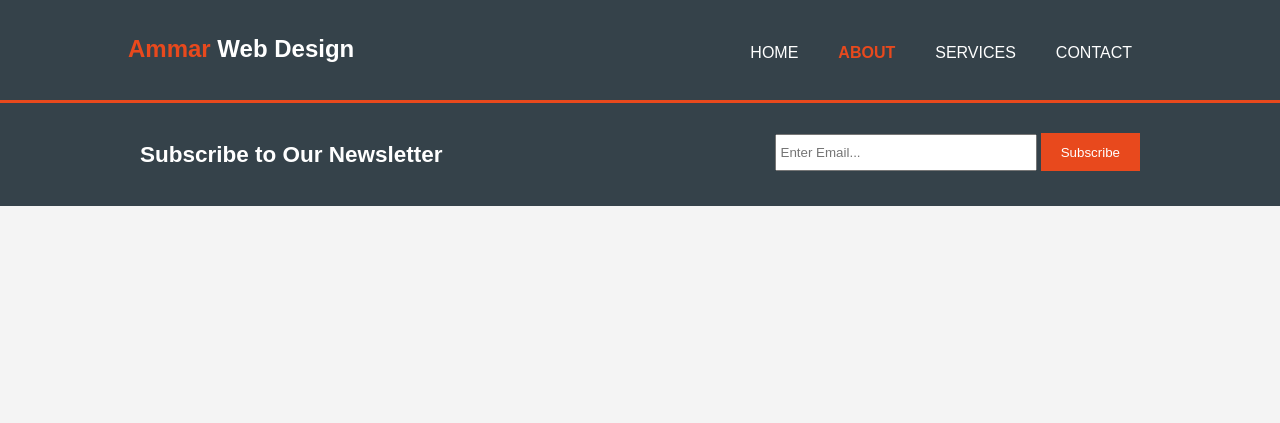
Repository: aobeid1979/html-website
Page: about.html
These files come from the project's save history. The page is drawn as it stood at one moment and after a run of saves; the edit follows.
The browser window is 1280 px wide. The pictures show the whole page.

Above is the page before, as saved 2024-05-03 18:54:31.

### about.html
<!DOCTYPE html>
<html lang="en">
<head>
    <meta charset="UTF-8">
    <meta name="viewport" content="width=device-width, initial-scale=1.0">
    <meta name="description" content="Responsive Website using HTML CSS and JavaScript">
    <meta name="keywords" content="HTML, CSS, JavaScript">
    <meta name="author" content="Ammar Obeid">
    <title>Resopnsiv Website | About</title>
    <link rel="stylesheet" href="./css/style.css">
</head>
<body>
    <header>
        <div class="container">
            <div id="brandinig">
                <h1><span class="highlight">Ammar</span> Web Design</h1>

            </div>
            <nav>
                <ul>
                    <li ><a href="index.html">Home</a></li>
                    <li class="current"><a href="about.html">About</a></li>
                    <li><a href="services.html">Services</a></li>
                    <li><a href="contact.html">Contact</a></li>
                </ul>
        </div>

    </header>



    <section id="newsletter">
        <div class="container">
            <h1>Subscribe to Our Newsletter</h1>
            <form>
                <input type="email" placeholder="Enter Email...">
                <button type="submit" class="button_1">Subscribe</button>
            </form>
        </div>
    </section>

    <section id="main">
        <div class="container">
            <article id="main-col">
                <h1 class="page-title
        </div>
    </section>

    <footer>
        <p>My Web Design &copy; 2024</p>
    </footer>

</body>
</html>

### css/style.css
body{
    font: 15px/1.6 Arial, Helvetica,sans-serif;
    padding: 0;
    margin: 0;
    background-color: #f4f4f4;
}

.container{
    width: 80%;
    margin: auto;
    overflow: hidden;
}

header{
    background: #35424a;
    color: #ffffff;
    padding-top: 30px;
    min-height: 70px;
    border-bottom: #e8491d 3px solid;
}

header h1{
    margin: 0;
    padding: 0;
    font-size: 24px;
    font-weight: bold;
}

header a{
    color: #ffffff;
    text-decoration: none;
    text-transform: uppercase;
    font-size: 16px;
}

header ul{
    margin: 0;
    padding: 0;
}

header li{
    float: left;
    display: inline;
    padding: 0 20px 0 20px;
}

header #brandinig{
    float: left;
}

header #brandinig h1{
    margin: 0;
}

header nav{
    float: right;
    margin-top: 10px;
}

header .highlight, header .current a {
    color: #e8491d;
    font-weight: bold;
}

header a:hover{
    color: #cccccc;
    font-weight: bold;
}

#showcase{
    background:url('../img/showcase.jpg') no-repeat center center;
    background-position: center -400;
    background-size: cover;
    min-height: 400px;
    text-align: center;
    color: #1b1a20;
}

#showcase h1{
    margin-top: 100px;
    font-size: 55px;
    margin-bottom: 10px;
    -webkit-text-stroke: 1px #e8491d;
}

#showcase p{
    font-size: 30px;
    -webkit-text-fill-color: blue;

}

#showcase p:hover{
    -webkit-text-stroke: 1px #e8491d;
}

#newsletter{
    padding: 15px;
    color: #ffffff;
    background: #35424a;
    text-align: center;
}

#newsletter h1{
    float: left;
}

#newsletter form{
    float: right;
    margin-top: 15px;
}

#newsletter input[type="email"]{
    padding: 4px;
    height: 25px;
    width: 250px;
}

#newsletter button{
    height: 38px;
    background: #e8491d;
    color: #ffffff;
    border: none;
    padding: 0 20px 0 20px;
}

#newsletter button:hover{
    background: #cccccc;
    color: #1b1a20;
}

#boxes{
    margin-top: 20px;
}

#boxes .box{
    float: left;
    text-align: center;
    width: 30%;
    padding: 10px;
}


#boxes .box img{
    width: 90px;
}

footer{
    background-color: #e8431d;
    color: #ffffff;
    text-align: center;
    padding: 20px;
    margin-top: 20px;
}

After the next 2 saves:
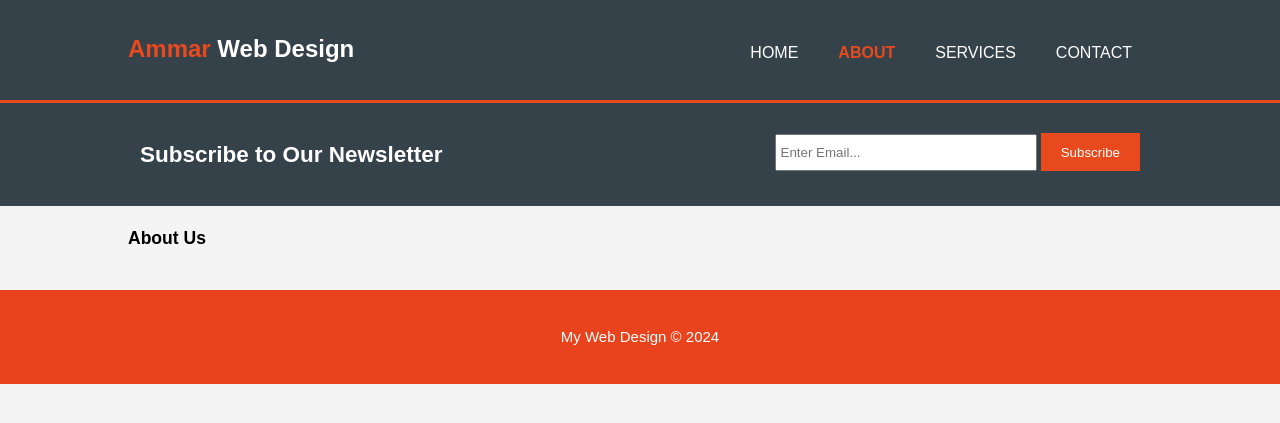
The 2 saves are shown as one change because they came seconds apart.
The last was saved 22 s later.
--- a/about.html
+++ b/about.html
@@ -42,7 +42,8 @@
     <section id="main">
         <div class="container">
             <article id="main-col">
-                <h1 class="page-title
+                <h1 class="page-title">About Us</h1>
+
         </div>
     </section>
 
